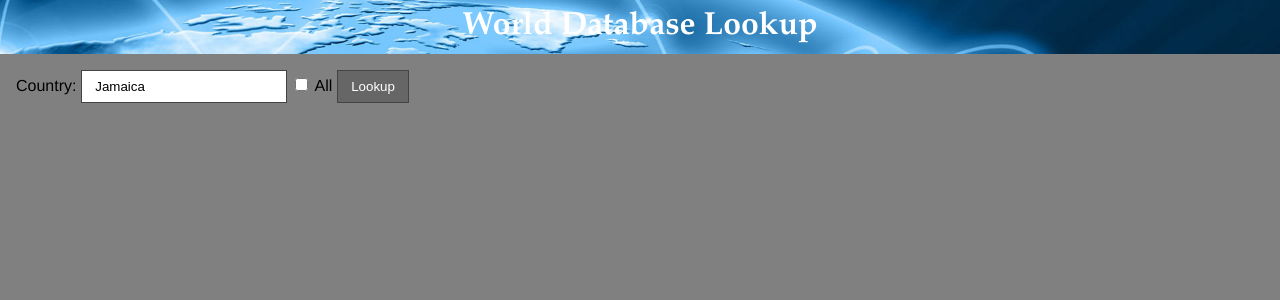
Repository: zBraVo17/info2180-lab7
Page: index.html
The author's editor kept a record of every edit. The page is drawn from the files as they stood at one moment, then again after the next edit.
The browser window is 1280 px wide. The pictures show the whole page.
Some web libraries are served in a nearby version.

Above is the page before.

After the next edit:
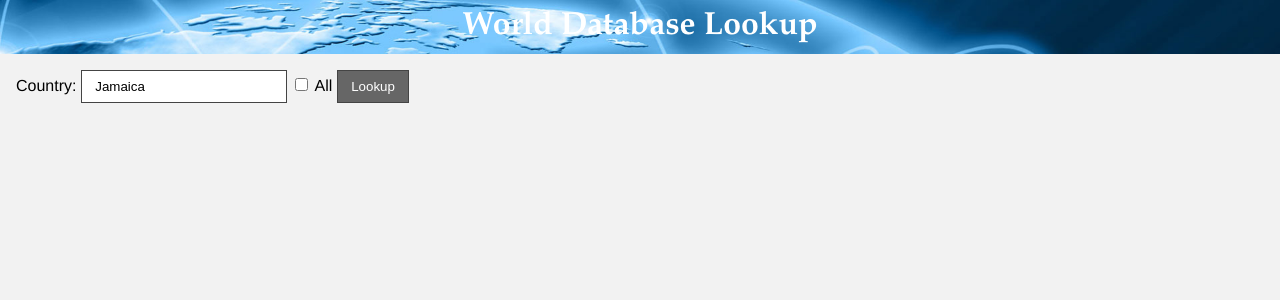
The edit:
--- a/world.css
+++ b/world.css
@@ -3,7 +3,7 @@
     margin: 0;
     font-size: 16px;
     font-family: Helvetica, Arial, sans-serif;
-    background-color: grey;
+    background-color: #f2f2f2;
 }
 .error{
     padding: 5px 0;
